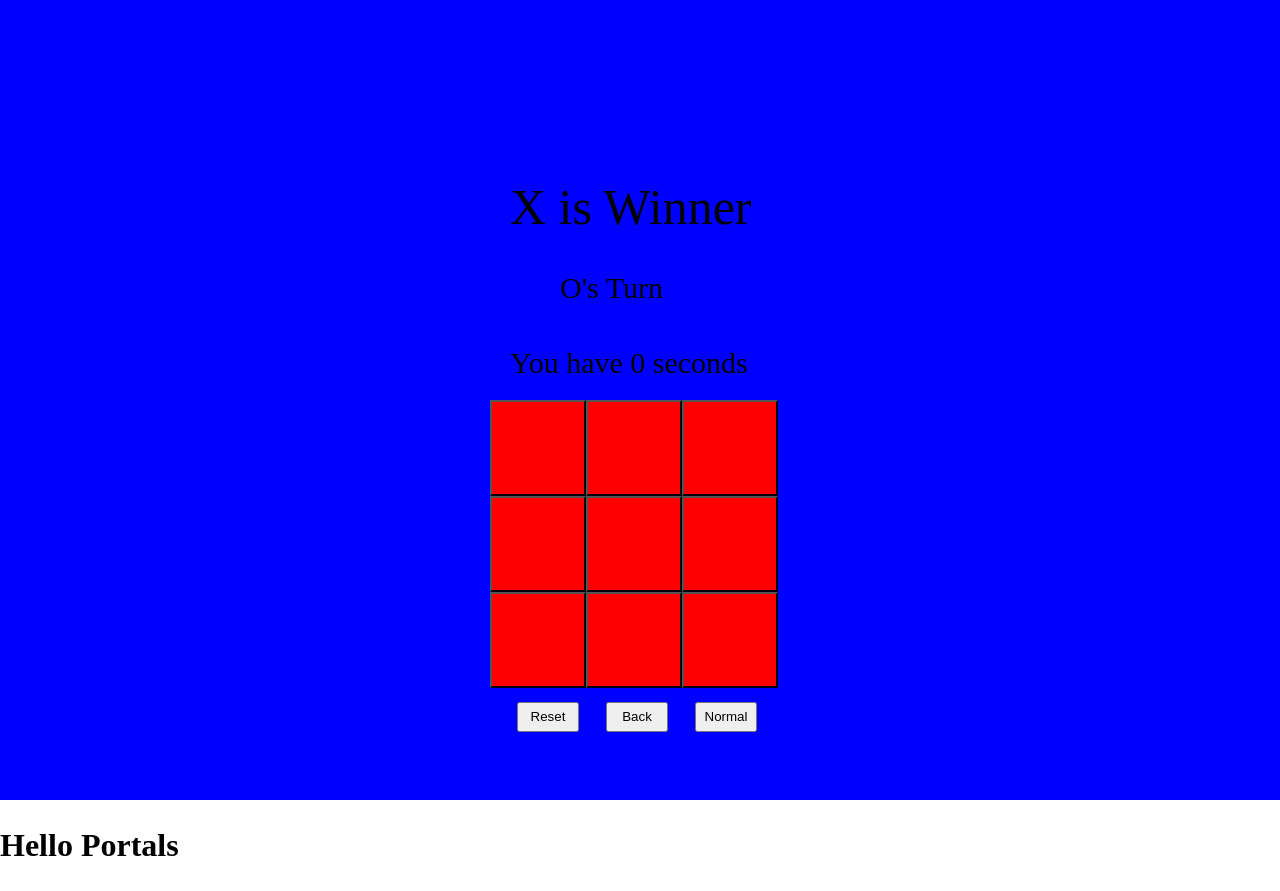
Repository: Mush-s/Folio-OX
Page: /game
The author's editor kept a copy of each file at every save. The page is drawn from the files as they stood at one save, then again after the next save.
The browser window is 1280 px wide. The pictures show the whole page.
The project was rebuilt for these pictures with package versions that can differ from the ones it lists, and the page was loaded fresh each time. Also part of the build but not shown: src/Start/Start.css, src/Start/Start.js.

Above is the page before, as saved 2022-09-02 18:34:46.

### src/index.js
import { createRoot } from "react-dom/client";
import { BrowserRouter } from "react-router-dom";
import { ReactDOM } from "react";

import App from "./App";
const container = document.getElementById("root");
const root = createRoot(container);
root.render(
  <BrowserRouter>
    <App />
  </BrowserRouter>
);

export const OverLay = () => {
  return ReactDOM.createPortal(
    <h1>Hello Portals</h1>,
    document.getElementById("portal")
  );
};

### src/App.js
import "./App.css";
import Game from "./TicTacToe/Game/Game";
import Start from "./Start/Start";
import { Route, Routes } from "react-router-dom";

const App = () => {
  return (
    <div className="app">
      <Routes>
        <Route path="/" element={<Start />} exact/>
        <Route path="/game" element={<Game />} />
      </Routes>
    </div>
  );
};

export default App;

### src/App.css
.app {
  position: relative;
  height: 50em;
  background-color: blue;
}
/* Document
 * ========================================================================== */

/**
 * 1. Add border box sizing in all browsers (opinionated).
 * 2. Backgrounds do not repeat by default (opinionated).
 */

*,
::before,
::after {
  box-sizing: border-box; /* 1 */
  background-repeat: no-repeat; /* 2 */
}

/**
  * 1. Add text decoration inheritance in all browsers (opinionated).
  * 2. Add vertical alignment inheritance in all browsers (opinionated).
  */

::before,
::after {
  text-decoration: inherit; /* 1 */
  vertical-align: inherit; /* 2 */
}

/**
  * 1. Use the default cursor in all browsers (opinionated).
  * 2. Change the line height in all browsers (opinionated).
  * 3. Breaks words to prevent overflow in all browsers (opinionated).
  * 4. Use a 4-space tab width in all browsers (opinionated).
  * 5. Remove the grey highlight on links in iOS (opinionated).
  * 6. Prevent adjustments of font size after orientation changes in iOS.
  */

:where(:root) {
  cursor: default; /* 1 */
  line-height: 1.5; /* 2 */
  overflow-wrap: break-word; /* 3 */
  -moz-tab-size: 4; /* 4 */
  tab-size: 4; /* 4 */
  -webkit-tap-highlight-color: transparent; /* 5 */
  -webkit-text-size-adjust: 100%; /* 6 */
  text-size-adjust: 100%; /* 6 */
}

/* Sections
  * ========================================================================== */

/**
  * Remove the margin in all browsers (opinionated).
  */

:where(body) {
  margin: 0;
}

/**
  * Correct the font size and margin on `h1` elements within `section` and
  * `article` contexts in Chrome, Edge, Firefox, and Safari.
  */

:where(h1) {
  font-size: 2em;
  margin: 0.67em 0;
}

/* Grouping content
  * ========================================================================== */

/**
  * Remove the margin on nested lists in Chrome, Edge, and Safari.
  */

:where(dl, ol, ul) :where(dl, ol, ul) {
  margin: 0;
}

/**
  * 1. Correct the inheritance of border color in Firefox.
  * 2. Add the correct box sizing in Firefox.
  */

:where(hr) {
  color: inherit; /* 1 */
  height: 0; /* 2 */
}

/**
  * Remove the list style on navigation lists in all browsers (opinionated).
  */

:where(nav) :where(ol, ul) {
  list-style-type: none;
  padding: 0;
}

/**
  * Prevent VoiceOver from ignoring list semantics in Safari (opinionated).
  */

:where(nav li)::before {
  content: "\200B";
  float: left;
}

/**
  * 1. Correct the inheritance and scaling of font size in all browsers.
  * 2. Correct the odd `em` font sizing in all browsers.
  * 3. Prevent overflow of the container in all browsers (opinionated).
  */

:where(pre) {
  font-family: monospace, monospace; /* 1 */
  font-size: 1em; /* 2 */
  overflow: auto; /* 3 */
}

/* Text-level semantics
  * ========================================================================== */

/**
  * Add the correct text decoration in Safari.
  */

:where(abbr[title]) {
  text-decoration: underline;
  text-decoration: underline dotted;
}

/**
  * Add the correct font weight in Chrome, Edge, and Safari.
  */

:where(b, strong) {
  font-weight: bolder;
}

/**
  * 1. Correct the inheritance and scaling of font size in all browsers.
  * 2. Correct the odd `em` font sizing in all browsers.
  */

:where(code, kbd, samp) {
  font-family: monospace, monospace; /* 1 */
  font-size: 1em; /* 2 */
}

/**
  * Add the correct font size in all browsers.
  */

:where(small) {
  font-size: 80%;
}

/* Embedded content
  * ========================================================================== */

/*
  * Change the alignment on media elements in all browsers (opinionated).
  */

:where(audio, canvas, iframe, img, svg, video) {
  vertical-align: middle;
}

/**
  * Remove the border on iframes in all browsers (opinionated).
  */

:where(iframe) {
  border-style: none;
}

/**
  * Change the fill color to match the text color in all browsers (opinionated).
  */

:where(svg:not([fill])) {
  fill: currentColor;
}

/* Tabular data
  * ========================================================================== */

/**
  * 1. Collapse border spacing in all browsers (opinionated).
  * 2. Correct table border color in Chrome, Edge, and Safari.
  * 3. Remove text indentation from table contents in Chrome, Edge, and Safari.
  */

:where(table) {
  border-collapse: collapse; /* 1 */
  border-color: currentColor; /* 2 */
  text-indent: 0; /* 3 */
}

/* Forms
  * ========================================================================== */

/**
  * Remove the margin on controls in Safari.
  */

:where(button, input, select) {
  margin: 0;
}

/**
  * Correct the inability to style buttons in iOS and Safari.
  */

:where(button, [type="button" i], [type="reset" i], [type="submit" i]) {
  -webkit-appearance: button;
}

/**
  * Change the inconsistent appearance in all browsers (opinionated).
  */

:where(fieldset) {
  border: 1px solid #a0a0a0;
}

/**
  * Add the correct vertical alignment in Chrome, Edge, and Firefox.
  */

:where(progress) {
  vertical-align: baseline;
}

/**
  * 1. Remove the margin in Firefox and Safari.
  * 3. Change the resize direction in all browsers (opinionated).
  */

:where(textarea) {
  margin: 0; /* 1 */
  resize: vertical; /* 3 */
}

/**
  * 1. Correct the odd appearance in Chrome, Edge, and Safari.
  * 2. Correct the outline style in Safari.
  */

:where([type="search" i]) {
  -webkit-appearance: textfield; /* 1 */
  outline-offset: -2px; /* 2 */
}

/**
  * Correct the cursor style of increment and decrement buttons in Safari.
  */

::-webkit-inner-spin-button,
::-webkit-outer-spin-button {
  height: auto;
}

/**
  * Correct the text style of placeholders in Chrome, Edge, and Safari.
  */

::-webkit-input-placeholder {
  color: inherit;
  opacity: 0.54;
}

/**
  * Remove the inner padding in Chrome, Edge, and Safari on macOS.
  */

::-webkit-search-decoration {
  -webkit-appearance: none;
}

/**
  * 1. Correct the inability to style upload buttons in iOS and Safari.
  * 2. Change font properties to `inherit` in Safari.
  */

::-webkit-file-upload-button {
  -webkit-appearance: button; /* 1 */
  font: inherit; /* 2 */
}

/* Interactive
  * ========================================================================== */

/*
  * Add the correct styles in Safari.
  */

:where(dialog) {
  background-color: white;
  border: solid;
  color: black;
  height: -moz-fit-content;
  height: fit-content;
  left: 0;
  margin: auto;
  padding: 1em;
  position: absolute;
  right: 0;
  width: -moz-fit-content;
  width: fit-content;
}

:where(dialog:not([open])) {
  display: none;
}

/*
  * Add the correct display in Safari.
  */

:where(details > summary:first-of-type) {
  display: list-item;
}

/* Accessibility
  * ========================================================================== */

/**
  * Change the cursor on busy elements in all browsers (opinionated).
  */

:where([aria-busy="true" i]) {
  cursor: progress;
}

/*
  * Change the cursor on disabled, not-editable, or otherwise
  * inoperable elements in all browsers (opinionated).
  */

:where([aria-disabled="true" i], [disabled]) {
  cursor: not-allowed;
}

/*
  * Change the display on visually hidden accessible elements
  * in all browsers (opinionated).
  */

:where([aria-hidden="false" i][hidden]) {
  display: initial;
}

:where([aria-hidden="false" i][hidden]:not(:focus)) {
  clip: rect(0, 0, 0, 0);
  position: absolute;
}

### src/TicTacToe/Game/Game.js
import { useEffect, useState } from "react";
import Cell from "./Cell";
import { Pattern } from "../Patterns/Pattern";
import GameButtons from "./GameButtons/GameButtons";

import "./Game.css";
import Test from "../AfterGame/AfterGame";

const Game = () => {
  const [player, setPlayer] = useState("O");
  const [countDown, setCountDown] = useState(8);
  const [gameOver, setGameOver] = useState(false);
  const [result, setResult] = useState();
  const [mode, setMode] = useState("Normal");
  const [time, setTime] = useState(5);

  const [cellValues, setCellValues] = useState([
    "",
    "",
    "",
    "",
    "",
    "",
    "",
    "",
    "",
  ]);

  useEffect(() => {
    checkWin();
  });

  let timer;
  const updataCount = () => {
    timer = setInterval(() => {
      setTime((preC) => preC - 1);
    }, 1000);

    if (time === 0) {
      clearInterval(timer);
      if (player === "O") {
        setResult("X is Winner");
        setGameOver(true);
      }
      if (player === "X") {
        setResult("O is Winner");
        setGameOver(true);
      }
    }
  };

  useEffect(() => {
    updataCount();
    console.log(time);
    return () => clearInterval(timer);
  });

  useEffect(() => {
    setTime(5);
  }, [player]);

  const isCellEmpty = (index) => cellValues[index] === "";

  //Cell Clicked ここから

  const clickHandler = (index) => {
    if (isCellEmpty(index)) {
      setCountDown(countDown - 1);
      const newCellValues = [...cellValues];
      newCellValues[index] = player;
      setCellValues(newCellValues);

      if (player === "O") {
        setPlayer("X");
      } else {
        setPlayer("O");
      }

      if (countDown === 0) {
        setGameOver(true);
        setResult("引き分けです");
      }
      // Repaint mode 処理
    } else {
      if (mode === "Repaint") {
        setCountDown(countDown - 1);
        const newCellValues = [...cellValues];
        newCellValues[index] = player;
        setCellValues(newCellValues);

        if (player === "O") {
          setPlayer("X");
        } else {
          setPlayer("O");
        }
      }
      setMode("Normal");
    }
  };

  //Reset Button ここから

  const resetHandler = () => {
    setPlayer("O");
    setCountDown(8);
    setCellValues(["", "", "", "", "", "", "", "", ""]);
    setResult();
  };

  //Back button ここから

  const backHandler = () => {
    // setCountDown(countDown + 1);
    // const backedValues = [...cellValues]
    // setCellValues(backedValues)
    // if (player === "O") {
    //   setPlayer("X");
    // } else {
    //   setPlayer("O");
    // }
  };

  //Change button ここから

  const ChangeHandler = () => {
    if (mode === "Normal") {
      setMode("Repaint");
    }
    if (mode === "Repaint") {
      setMode("Normal");
    }
  };
  //勝ち負け判定

  const checkWin = () => {
    Pattern.forEach((currPa) => {
      const firstPlayer = cellValues[currPa[0]];
      if (firstPlayer === "") return;
      console.log(cellValues[currPa[0]]);
      let foundWiiningPattern = true;
      currPa.forEach((i) => {
        if (cellValues[i] !== firstPlayer) {
          foundWiiningPattern = false;
        }
      });

      if (foundWiiningPattern) {
        if (player === "O") {
          setResult("X is Winner");
          setGameOver(true);
        } else {
          setResult("O is Winner");
          setGameOver(true);
        }
      }
    });
  };
  return (
    <div className="game">
      <div className="result">{result}</div>
      <div className="turn">{player}'s Turn</div>
      <p className="timer">You have {time} seconds</p>
      {cellValues.map((value, index) => (
        <Cell key={index} value={value} onClick={() => clickHandler(index)} />
      ))}
      <GameButtons
        mode={mode}
        onClick={resetHandler}
        onBack={backHandler}
        onChange={ChangeHandler}
      />
      <Test gameOver={gameOver} />
    </div>
  );
};

export default Game;

### src/TicTacToe/Game/Cell.js
import "./Cell.css";

const Cell = (props) => {
  return (
    <div className="cell flat border">
      <button onClick={props.onClick}>{props.value}</button>
    </div>
  );
};

export default Cell;

### src/TicTacToe/Patterns/Pattern.js
export const Pattern = [
  [0, 1, 2],
  [3, 4, 5],
  [6, 7, 8],
  [0, 3, 6],
  [1, 4, 7],
  [2, 5, 8],
  [0, 4, 8],
  [2, 4, 6],
];

### src/TicTacToe/Game/GameButtons/GameButtons.js
import "./GameButtons.css";

const GameOver = (props) => {
  return (
    <div className="gameover">
      <button onClick={props.onClick}>Reset</button>
      <button onClick={props.onBack}>Back</button>
      <button onClick={props.onChange}>{props.mode}</button>
    </div>
  );
};

export default GameOver;

### src/TicTacToe/Game/Game.css
.game {
  position: absolute;
  top: 40%;
  left: 50%;
  margin-right: -50%;
  transform: translate(-50%, -50%);
  height: 300px;
  width: 300px;
  display: flex;
  flex-wrap: wrap;
}

.game .result {
  font-size: 50px;
  margin-bottom: 20px;
margin-left:20px;
}

.game .timer {
  font-size: 30px;
  margin-bottom: 15px;
  margin-left:20px;
}

.game .turn {
  font-size: 30px;
  margin-left:70px;
}

### src/TicTacToe/AfterGame/AfterGame.js
import ReactDOM from "react-dom";

const OverLay = () => {
  return ReactDOM.createPortal(
    <h1>Hello Portals</h1>,
    document.getElementById("portal")
  );
};

export default OverLay;

### src/TicTacToe/Game/Cell.css
.cell {
    height: 32%;
    width: 32%;
}
.cell button{
  width:100%;
  height:100%;
  color:aqua;
  background-color: red;
}


  .flat.border:hover {
    background: #ff9300;
    color: #fff;
  }
  .flat.border:active, .flat.border:focus {
    top: 2px;
  }

### src/TicTacToe/Game/GameButtons/GameButtons.css
.gameover {
  text-align: center;
  font-size: 30px;
}

.gameover button {
  width: 62px;
  height: 30px;
  margin-left: 27px;
}

Loaded but not shown: public/index.html (common file)

After the next save:
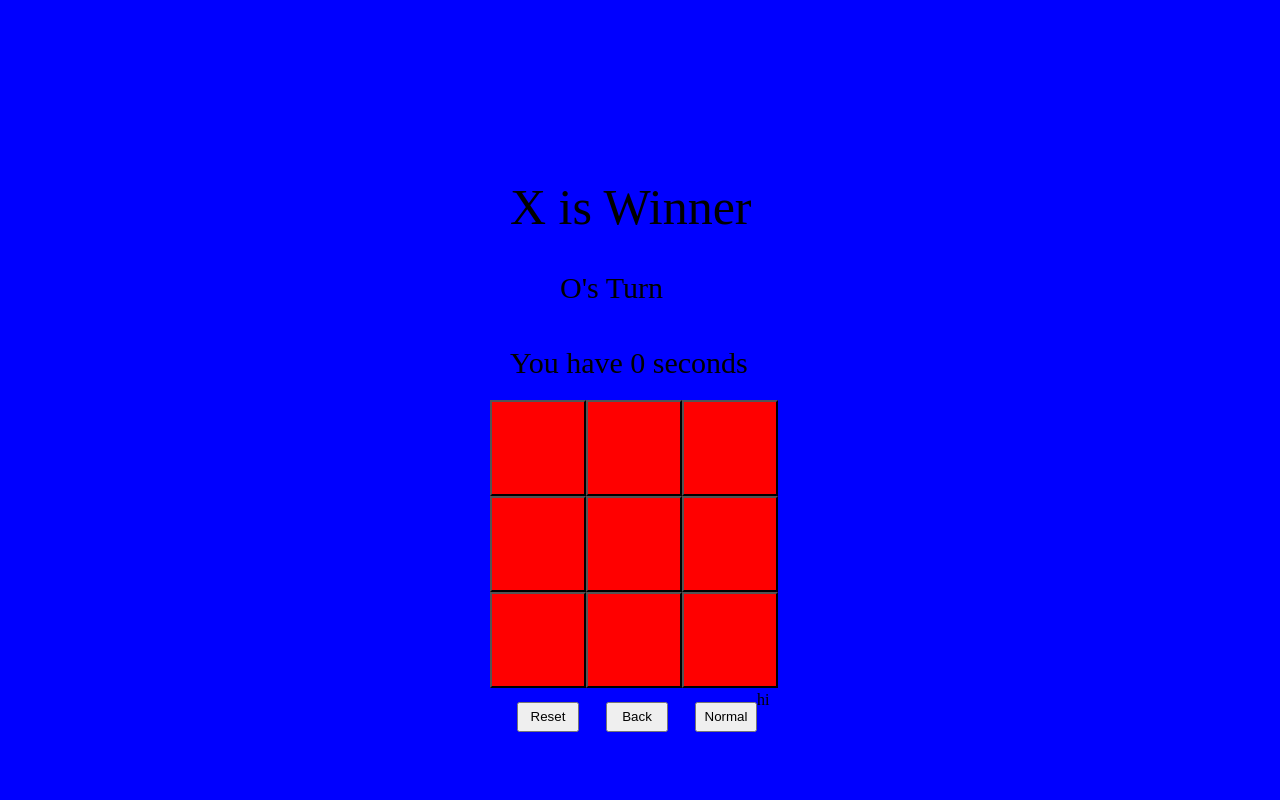
Saved 104 s later.
--- a/src/TicTacToe/AfterGame/AfterGame.js
+++ b/src/TicTacToe/AfterGame/AfterGame.js
@@ -1,10 +1,5 @@
-import ReactDOM from "react-dom";
-
-const OverLay = () => {
-  return ReactDOM.createPortal(
-    <h1>Hello Portals</h1>,
-    document.getElementById("portal")
-  );
+const AfterGame = () => {
+  return <div>hi</div>;
 };
 
-export default OverLay;
+export default AfterGame;
